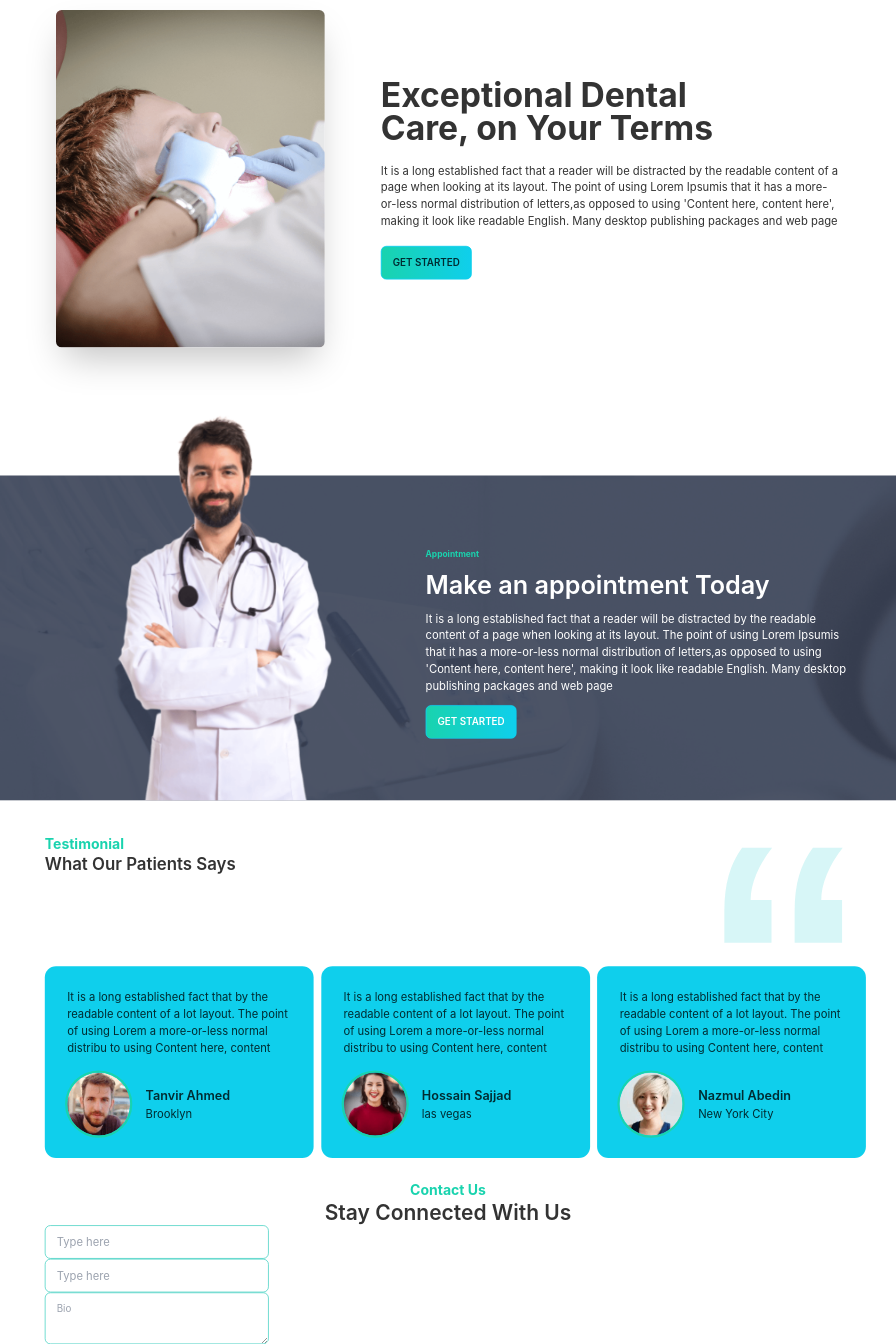
Repository: Tanvir3744/Doctors-client-website
Page: /
An editor plug-in stored every save of this project. The page is shown before and after the next save, followed by the edit.
The browser window is 1280 px wide. The pictures show the part of the page from y = 1476 to 3396 px (the page is 3396 px tall), at 70% of full size.
The project was rebuilt for these pictures with package versions that can differ from the ones it lists, and the page was loaded fresh each time. Also part of the build but not shown: src/Pages/About/About.js, src/Pages/Login/Login.js, src/Pages/NotFound/NotFound.js.

Above is the page before, as saved 2022-05-25 23:25:26.

### src/App.js
import { Routes, Route } from 'react-router-dom'
import About from './Pages/About/About';
import Home from './Pages/Home/Home';
import Login from './Pages/Login/Login';
import NotFound from './Pages/NotFound/NotFound';
import Navbar from './Pages/Shared/Navbar';
function App() {
  return (
    <div className="App">
      <Navbar></Navbar>
      <Routes>
        <Route path='/' element={<Home />}></Route>
        <Route path='/home' element={<Home />}></Route>
        <Route path='/about' element={<About />}></Route>
        <Route path='/login' element={<Login />}></Route>
        <Route path='*' element={<NotFound />}></Route>
      </Routes>
    </div>
  );
}

export default App;

### src/Pages/Home/Home.js
import React from 'react';
import InfoCards from '../../components/InfoCards';
import Banner from './Banner/Banner';
import ContactUs from './ContactUs';
import MakeAppointment from './MakeAppointment';
import ServiceHero from './ServiceHero';
import Services from './Services';
import Testimonials from './Testimonials';

const Home = () => {
    return (
        <div>
            <Banner />
            <InfoCards />
            <Services />
            <ServiceHero />
            <MakeAppointment />
            <Testimonials />
            <ContactUs />
        </div>
    );
};

export default Home;

### src/Pages/Shared/Navbar.js
import React from 'react';
import { Link } from 'react-router-dom';

const Navbar = () => {
    //menu items stored here
    const menuItems = <>
        <li><Link to="/">Home</Link></li>
        <li><Link to="/about">About</Link></li>
        <li><Link to="/appointment">Appointmenet</Link></li>
        <li><Link to="/reviews">Reviews</Link></li>
        <li><Link to="/contact">Contact Us</Link></li>
        <li><Link to="/login">Log in </Link></li>
    </>
    return (
        <div>
            <div class="navbar bg-base-100">
                <div class="navbar-start">
                    <div class="dropdown">
                        <label tabindex="0" class="btn btn-ghost lg:hidden">
                            <svg xmlns="http://www.w3.org/2000/svg" class="h-5 w-5" fill="none" viewBox="0 0 24 24" stroke="currentColor"><path stroke-linecap="round" stroke-linejoin="round" stroke-width="2" d="M4 6h16M4 12h8m-8 6h16" /></svg>
                        </label>
                        <ul tabindex="0" class="menu menu-compact dropdown-content mt-3 p-2 shadow bg-base-100 rounded-box w-52">
                           {menuItems}
                        </ul>
                    </div>
                    <Link to='/' class="btn btn-ghost normal-case text-xl">daisyUI</Link>
                </div>
                <div class="navbar-center hidden lg:flex">
                    <ul class="menu menu-horizontal p-0">
                        {menuItems}
                    </ul>
                </div>
            </div>
        </div>
    );
};

export default Navbar;

### src/components/InfoCards.js
import React from 'react';
import ChildInfoCards from './ChildInfoCards';
import Clock from './../assets/icons/clock.svg'
import Marker from './../assets/icons/marker.svg'
import Phone from './../assets/icons/phone.svg'
const InfoCards = () => {

    return (
        <div className='grid px-16 grid-cols-1 lg:grid-cols-3 gap-5 -mt-28'>
            <ChildInfoCards bgClass='bg-gradient-to-r from-secondary to-primary' cardTitle='Opening Hours' img={Clock} />
            <ChildInfoCards bgClass='bg-warning' cardTitle='Our Location' img={Marker} />
            <ChildInfoCards bgClass='bg-gradient-to-r from-secondary to-primary' cardTitle='Contact Us' img={Phone} />
        </div>
    );
};

export default InfoCards;

### src/Pages/Home/Banner/Banner.js
import React from 'react';
import chair from '../../../assets/images/chair.png'
const Banner = () => {
    return (
        <div className='px-12'>
            <div class="hero min-h-screen conatiner mx-auto">
                <div class="hero-content flex-col lg:flex-row-reverse -mt-28">
                    <img src={chair} class="max-w-sm rounded-lg shadow-2xl " />
                    <div className='px-16'>
                        <h1 class="text-5xl font-bold">Box Office News!</h1>
                        <p class="py-6">Provident cupiditate voluptatem et in. Quaerat fugiat ut assumenda excepturi exercitationem quasi. In deleniti eaque aut repudiandae et a id nisi.</p>
                        <button class="btn btn-primary text-white rounded-lg bg-gradient-to-r from-secondary to-primary">Get Started</button>
                    </div>
                </div>
            </div>
        </div>
    );
};

export default Banner;

### src/Pages/Home/ContactUs.js
import React from 'react';

const ContactUs = () => {
    return (
        <section className='px-16 mt-8'>
            <div className="text-center">
                <h4 className='text-secondary text-xl font-bold capitalize'>Contact us</h4>
                <h3 className="text-3xl font-semibold dark capitalize">Stay connected with us</h3>
            </div>
            <div className="contact-form flex flex-col text-center">
                <input type="text" placeholder="Type here" className="input input-bordered input-accent w-full lg:max-w-xs" />
                <input type="text" placeholder="Type here" className="input input-bordered input-accent w-full lg:max-w-xs" />
                <textarea className="textarea textarea-accent input-borderd w-full lg:max-w-xs" placeholder="Bio"></textarea>
            </div>
        </section>
    );
};

export default ContactUs;

### src/Pages/Home/MakeAppointment.js
import React from 'react';
import Appointment from "../../assets/images/appointment.png";
import Doctor from '../../assets/images/doctor.png';
const MakeAppointment = () => {
    return (
        <div style={{background:`url(${Appointment})`}} className='flex justify-center items-center mt-16'>
            <div className='flex-1 -mt-36 hidden sm:block '>
                <img src={Doctor} alt="Doctors image" />
            </div>
            <div className='flex-1 pr-16 '>
                <h6 className='my-4 text-secondary text-xl font-bold lg:text-xs'>Appointment</h6>
                <h5 className='my-4 text-white text-4xl font-semibold '>Make an appointment Today</h5>
                <p className='my-4 text-white'>It is a long established fact that a reader will be distracted by the readable content of a page when looking at its layout. The point of using Lorem Ipsumis that it has a more-or-less normal distribution of letters,as opposed to using 'Content here, content here', making it look like readable English. Many desktop publishing packages and web page</p>
                <button className="btn btn-primary bg-gradient-to-r from-secondary text-white font-semibold to-primary">Get Started</button>
            </div>
        </div>
    );
};

export default MakeAppointment;

### src/Pages/Home/ServiceHero.js
import React from 'react';
import Treatment from '../../assets/images/treatment.png'

const ServiceHero = () => {
    return (
        <div>
            <div class="hero min-h-screen px-16">
                <div class="hero-content flex-col lg:flex-row">
                    <img src={Treatment} class="max-w-sm rounded-lg shadow-2xl" />
                    <div className="ml-16">
                        <h1 class="text-5xl font-bold">Exceptional Dental </h1>
                        <h1 class="text-5xl font-bold">Care, on Your Terms</h1>
                        <p class="py-6">It is a long established fact that a reader will be distracted by the readable content of a page when looking at its layout. The point of using Lorem Ipsumis that it has a more-or-less normal distribution of letters,as opposed to using 'Content here, content here', making it look like readable English. Many desktop publishing packages and web page</p>
                        <button class="btn btn-primary bg-gradient-to-r from-secondary to-primary">Get Started</button>
                    </div>
                </div>
            </div>
        </div>
    );
};

export default ServiceHero;

### src/Pages/Home/Services.js
import React from 'react';
import Fluoride from '../../assets/images/fluoride.png';
import Cavity from '../../assets/images/cavity.png';
import Whitening from '../../assets/images/whitening.png';
import Service from './Service';
const Services = () => {
    const serviceData = [
        {
            _id: 1,
            img: Fluoride,
            name: 'Fluoride Treatment',
            desc: 'Lorem Ipsum is simply dummy printing and typesetting indust Ipsum has been the',
        },
        {
            _id: 2,
            img: Cavity,
            name: 'Cavity Filling',
            desc: 'Lorem Ipsum is simply dummy printing and typesetting indust Ipsum has been the'
        },
        {
            _id: 3,
            img: Whitening,
            name: 'Teeth Whitening',
            desc: 'Lorem Ipsum is simply dummy printing and typesetting indust Ipsum has been the'
        }

    ]
    return (
        <div>
            <div className=' text-center mt-20'>
                <h3 className='text-primary uppercase font-bold text-2xl'>Our Services</h3>
                <h2 className='text-4xl text-dark capitalize font-semibold'>Services we provide</h2>
            </div>
            <div className="service-cards gap-8 grid sm:grid-cols-1 md:grid-cols-2 lg:grid-cols-3  mt-8 px-16">
                {
                    serviceData.map(serve => <Service key={serve._id} service = {serve}></Service>)
                }
            </div>
        </div>
    );
};

export default Services;

### src/Pages/Home/Testimonials.js
import React from 'react';
import Quote from '../../assets/icons/quote.svg';
import People1 from '../../assets/images/people1.png';
import People2 from '../../assets/images/people2.png';
import People3 from '../../assets/images/people3.png'
import TestCard from '../../components/TestCard';

const Testimonials = () => {
    const testData = [
        {
            _id: 5,
            name: 'Tanvir Ahmed',
            review: 'It is a long established fact that by the readable content of a lot layout. The point of using Lorem a more-or-less normal distribu to using Content here, content',
            img: People1,
            address:'Brooklyn'
        },
        {
            _id: 6,
            name: 'Hossain Sajjad',
            review: 'It is a long established fact that by the readable content of a lot layout. The point of using Lorem a more-or-less normal distribu to using Content here, content',
            img: People2,
            address:'las vegas'
        },
        {
            _id: 7,
            name: 'Nazmul Abedin',
            review: 'It is a long established fact that by the readable content of a lot layout. The point of using Lorem a more-or-less normal distribu to using Content here, content',
            img: People3,
            address:'New York City'
        }

    ]
    return (
        <section>
            <div className='mt-12 px-16 flex justify-between'>
                <div>
                    <h3 className='text-xl text-secondary font-bold'>Testimonial</h3>
                    <h2 className='text-2xl font-semibold'>What Our Patients Says</h2>
                </div>
                <div className='w-28 lg:w-48'>
                    <img src={Quote} alt="" />
                </div>
            </div>

            {/* testimonial cards */}
            <div className=' grid sm:grid-cols-1 md:grid-cols-2 lg:grid-cols-3 px-16 mt-8  gap-8'>
                {
                    testData.map(test => <TestCard key={test._id} test={test}></TestCard>)
                }
            </div>
        </section>
    );
};

export default Testimonials;

### src/components/ChildInfoCards.js
import React from 'react';

const ChildInfoCards = (props) => {
    const {img, cardTitle, bgClass} = props;
    return (
        <div className='container'>
            <div className={`card lg:card-side shadow-xl p-4 pl-4  ${bgClass}`}>
                <figure><img src={img} alt="Info cards" /></figure>
                <div class="card-body text-white">
                    <h2 class="card-title">{cardTitle}</h2>
                    <p>Click the button to listen on Spotiwhy app.</p>
                </div>
            </div>
        </div>
    );
};

export default ChildInfoCards;

### src/Pages/Home/Service.js
import React from 'react';

const Service = (props) => {
    const {name, img, desc} = props.service;
    return (
        <div>
            <div className="card   w-96 bg-base-100 shadow-xl">
                <figure className="px-10 pt-10">
                    <img src={img} alt="Shoes" className="rounded-xl" />
                </figure>
                <div className="card-body items-center text-center">
                    <h2 className="card-title font-semibold text-2xl">{name}</h2>
                    <p>{desc}</p>
                </div>
            </div>
        </div>
    );
};

export default Service;

### src/components/TestCard.js
import React from 'react';

const TestCard = (props) => {
    const { name, img, review, address } = props.test;
    return (
        <div>
            <div class="card w-96 bg-primary text-primary-content">
                <div class="card-body">
                    <p>{review}</p>
                    <div class="flex items-center justify-start mt-4 ">
                        <div class="w-24 rounded-full  ring-offset-base-100 ring-offset-2">
                            <img className='ring ring-secondary rounded-full' src={img} />
                        </div>
                        <div className='ml-4 flex flex-col self-center'>
                            <h5 className='text-lg font-semibold text-dark'>{name}</h5>
                            <h6>{address}</h6>
                        </div>
                    </div>
                </div>
            </div>
        </div>
    );
};

export default TestCard;

### tailwind.config.js
module.exports = {
  content: ["./src/**/*.{html,js}"],
  theme: {
    extend: {},
  },
  daisyui: {
    themes: [
      {

        mytheme: {
          primary: "#0FCFEC",
          secondary: "#19D3AE",
          neutral: "#3d4451",
          warning : "#3A4256",
          accent: "#37cdbe",
          "base-100": "#ffffff",
        },
      },
      "cupcake",
    ],
  },
  plugins: [require("daisyui")],
}

Loaded but not shown: public/index.html (common file); src/index.js (common file); src/index.css (common file); src/reportWebVitals.js (common file)

After the next save:
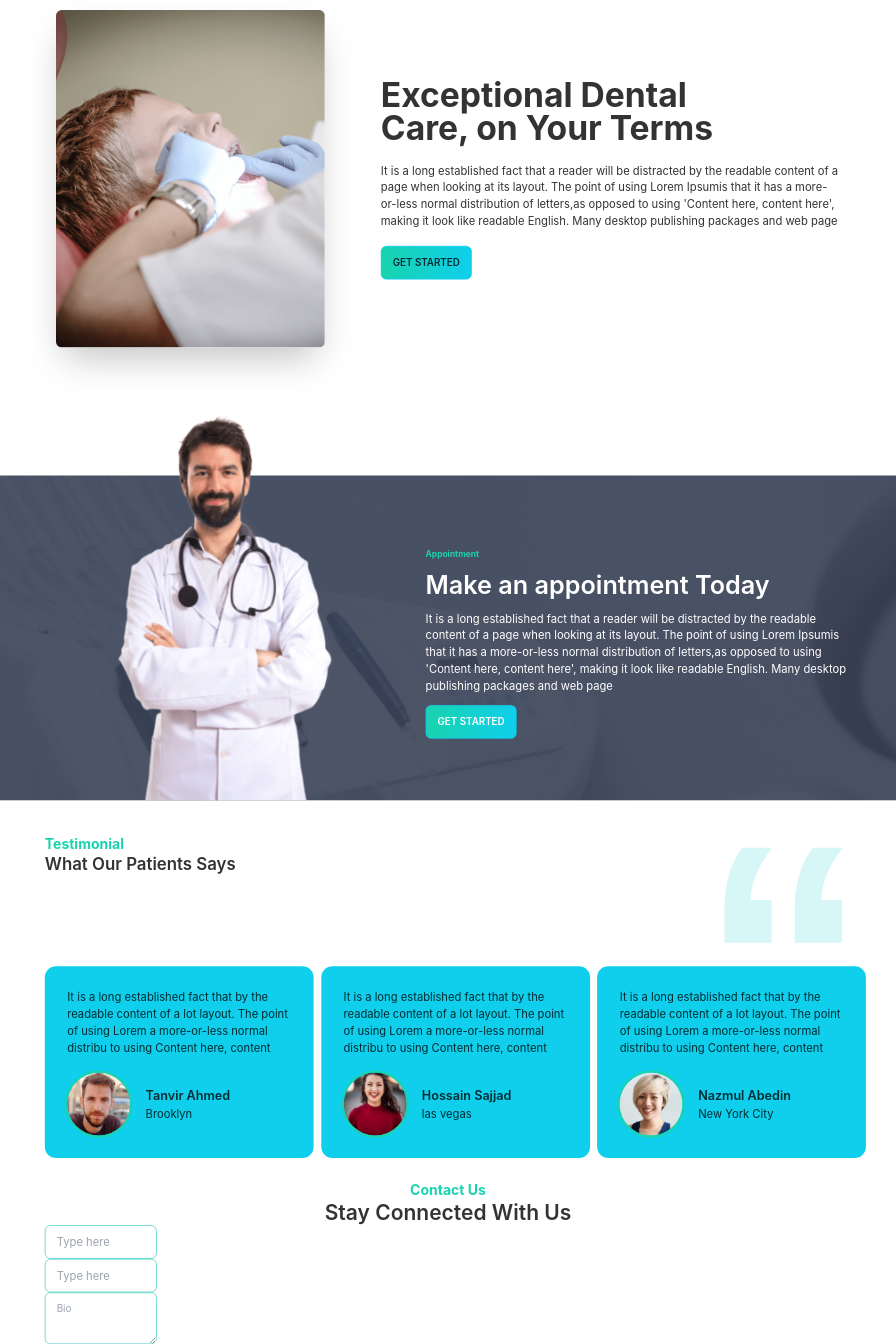
Saved 9 s later.
--- a/src/Pages/Home/ContactUs.js
+++ b/src/Pages/Home/ContactUs.js
@@ -7,7 +7,7 @@
                 <h4 className='text-secondary text-xl font-bold capitalize'>Contact us</h4>
                 <h3 className="text-3xl font-semibold dark capitalize">Stay connected with us</h3>
             </div>
-            <div className="contact-form flex flex-col text-center">
+            <div className="contact-form flex flex-col text-center w-40">
                 <input type="text" placeholder="Type here" className="input input-bordered input-accent w-full lg:max-w-xs" />
                 <input type="text" placeholder="Type here" className="input input-bordered input-accent w-full lg:max-w-xs" />
                 <textarea className="textarea textarea-accent input-borderd w-full lg:max-w-xs" placeholder="Bio"></textarea>

After the save that followed:
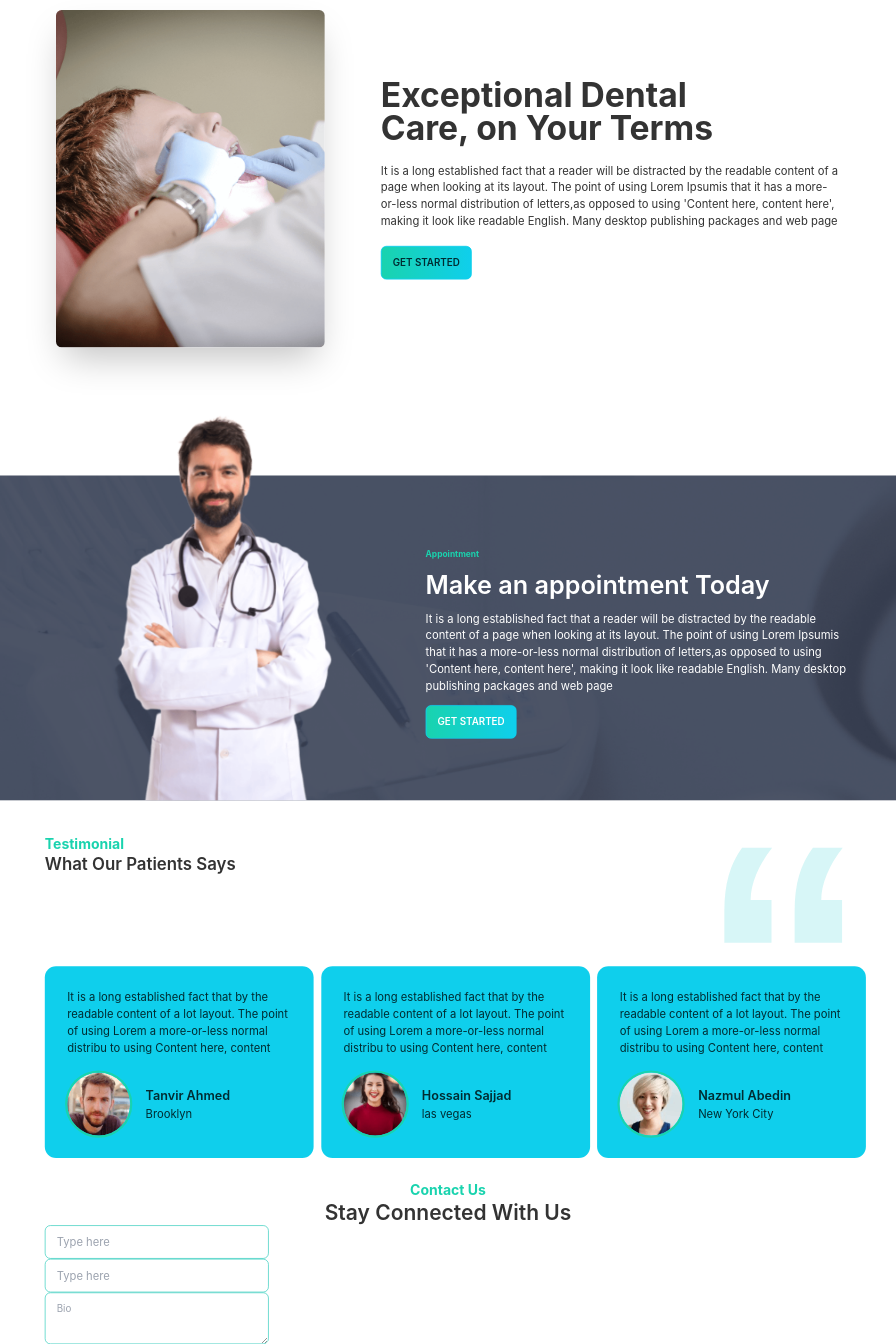
Saved 12 s later.
--- a/src/Pages/Home/ContactUs.js
+++ b/src/Pages/Home/ContactUs.js
@@ -7,7 +7,7 @@
                 <h4 className='text-secondary text-xl font-bold capitalize'>Contact us</h4>
                 <h3 className="text-3xl font-semibold dark capitalize">Stay connected with us</h3>
             </div>
-            <div className="contact-form flex flex-col text-center w-40">
+            <div className="contact-form flex flex-col w-lg mx-auto">
                 <input type="text" placeholder="Type here" className="input input-bordered input-accent w-full lg:max-w-xs" />
                 <input type="text" placeholder="Type here" className="input input-bordered input-accent w-full lg:max-w-xs" />
                 <textarea className="textarea textarea-accent input-borderd w-full lg:max-w-xs" placeholder="Bio"></textarea>
